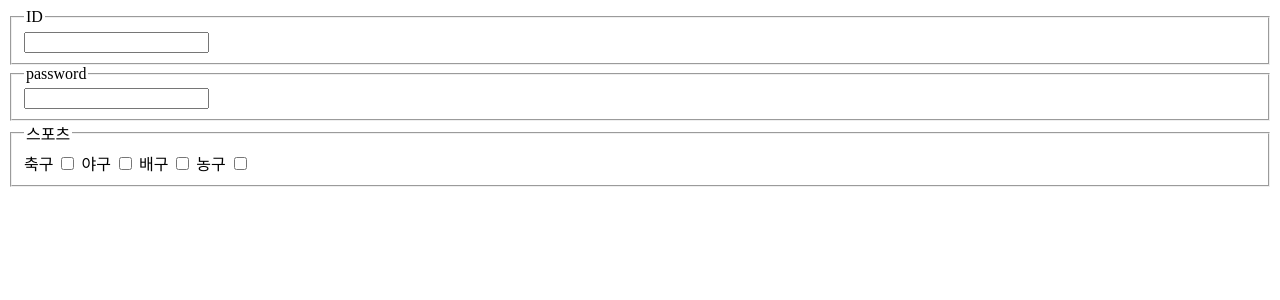
Repository: mireu930/Serverlet_App
Page: src/build/classes/webapp/template/sample_form.html
These files come from the project's save history. The page is drawn as it stood at one moment and after the next save; the edit follows.
The browser window is 1280 px wide. The pictures show the whole page.

Above is the page before, as saved 2025-02-07 16:12:30.

After the next save:
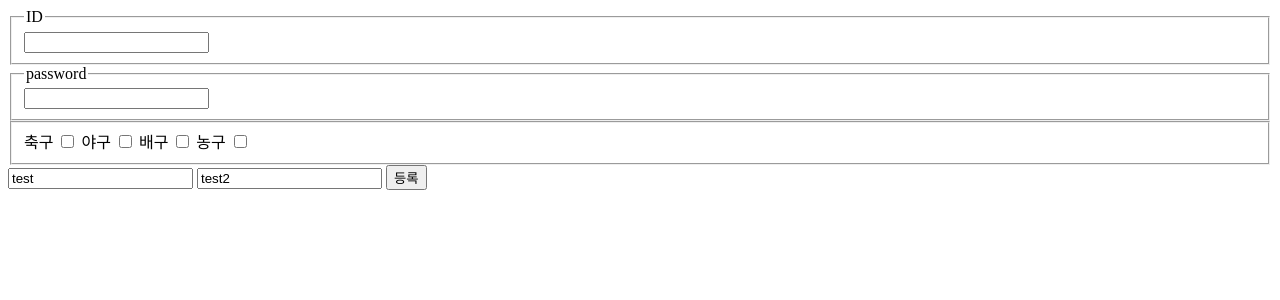
Saved 5 min 25 s later.
--- a/src/build/classes/webapp/template/sample_form.html
+++ b/src/build/classes/webapp/template/sample_form.html
@@ -17,9 +17,7 @@
 
     </fieldset>
     <fieldset>
-      <legend>
-        스포츠
-      </legend>
+
       <label for ="p1">축구</label>
       <input type = "checkbox" id = "p1">
       <label for ="p2">야구</label>
@@ -29,6 +27,14 @@
       <label for ="p4">농구</label>
       <input type = "checkbox" id = "p4">
     </fieldset>
+
+
+      <input type = "text" name = "department_name" value = "test">
+      <input type = "text" name = "manager_id" value = "test2">
+
+      <input type = "submit" value ="등록">
+
+
   </form>
 </body>
 </html>
